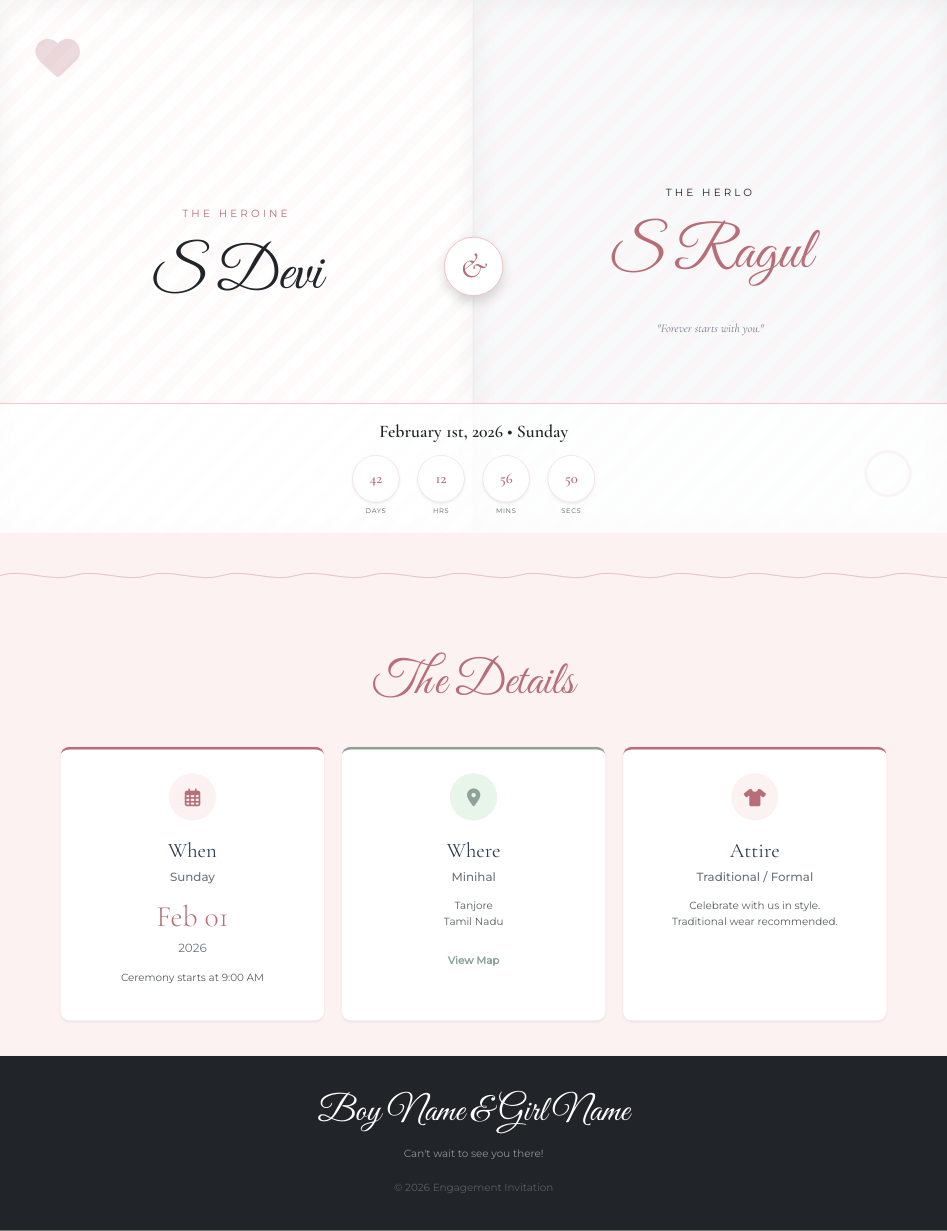
Repository: Eswar2585/Invitation
Page: index.html
The author's editor kept a copy of each file at every save. The page is drawn from the files as they stood at one save, then again after a run of saves.
The browser window is 1280 px wide. The pictures show the whole page, at 74% of full size.

Above is the page before, as saved 2025-12-20 20:07:35.

After the next 2 saves:
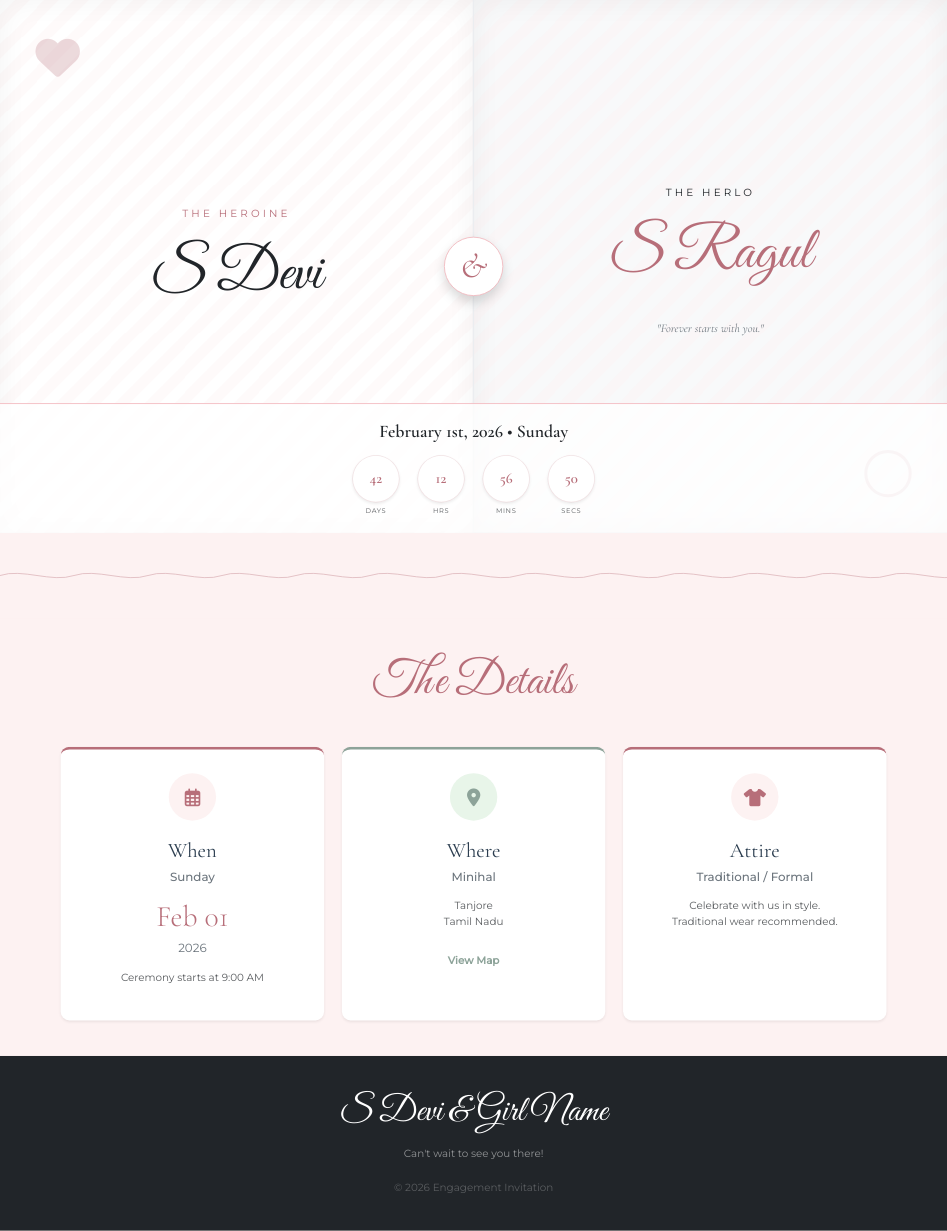
The 2 saves are shown as one change because they came seconds apart.
The last was saved 24 s later.
--- a/index.html
+++ b/index.html
@@ -158,7 +158,7 @@
 
         <!-- Footer -->
         <footer class="bg-dark text-white py-5 text-center">
-            <h2 class="font-script display-5 mb-3">Boy Name & Girl Name</h2>
+            <h2 class="font-script display-5 mb-3">S Devi & Girl Name</h2>
             <p class="font-sans small opacity-50">Can't wait to see you there!</p>
             <div class="mt-4 small opacity-25">
                 &copy; 2026 Engagement Invitation
